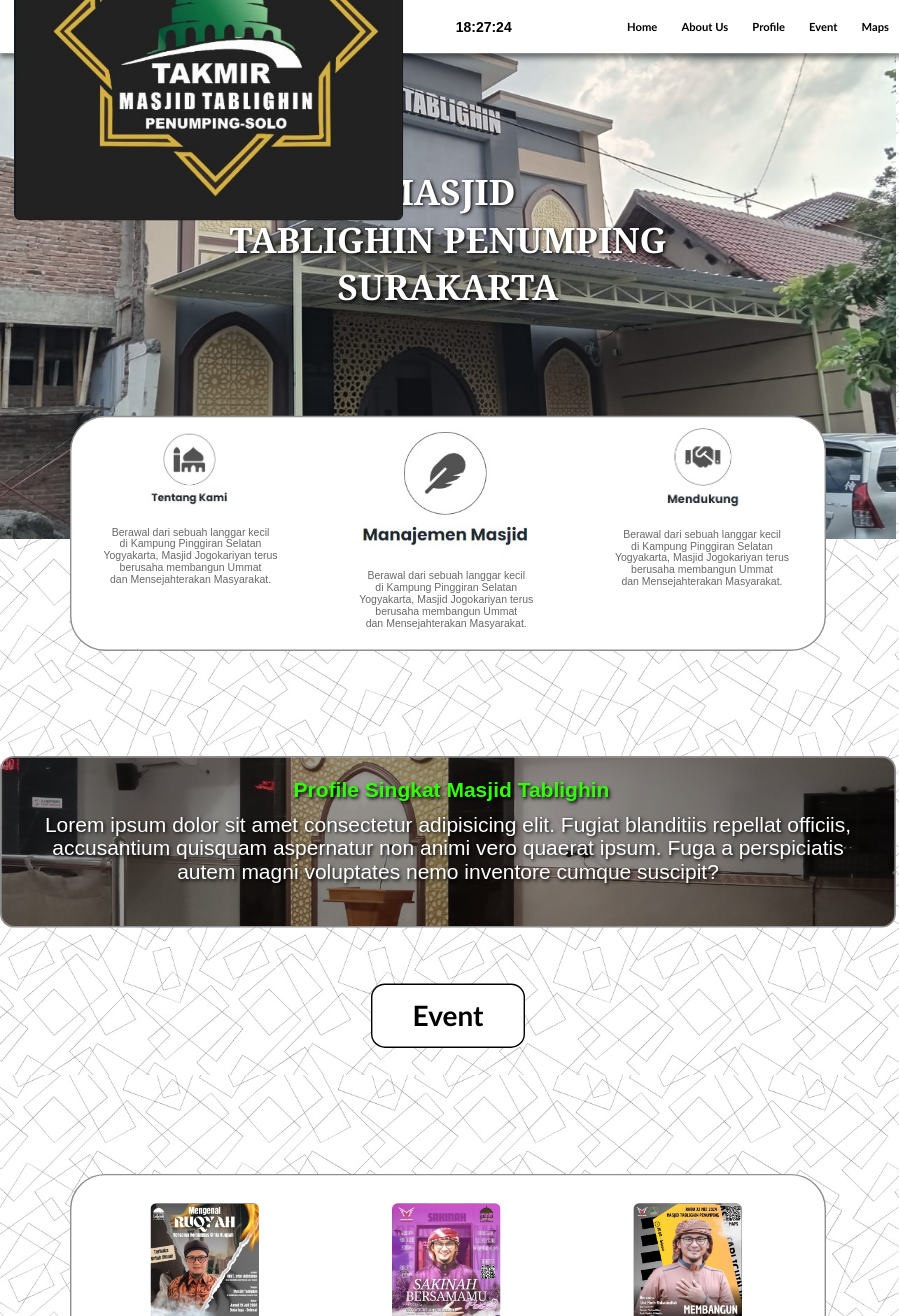
Repository: Mahesa1119/Masjid-Tablighin
Page: index.html
An editor plug-in stored every save of this project. The page is shown before and after the next save, followed by the edit.
The browser window is 1280 px wide. The page is 1284 px wide, so the pictures cover 1284 px, including what lies to the right of the window. The pictures show the part of the page from y = 0 to 1880 px (the page is 3311 px tall), at 70% of full size.
Backgrounds fixed to the window are drawn as part of the page.

Above is the page before, as saved 2024-11-22 20:10:12.

After the next save:
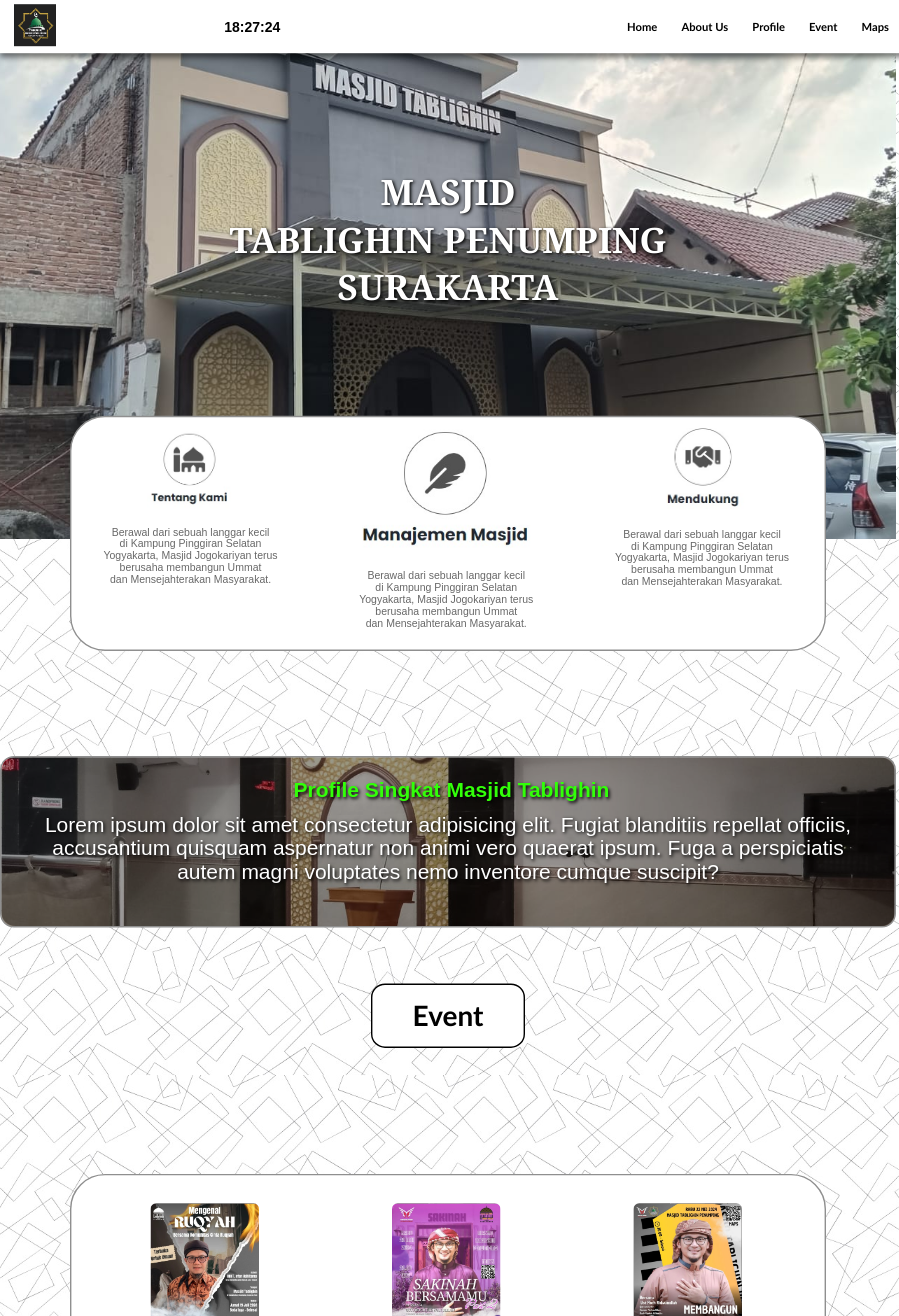
Saved 15 s later.
--- a/index.html
+++ b/index.html
@@ -8,8 +8,12 @@
 </head>
 <body class="body-pertama">
     <header class="header">
-        <img src="logo.jpg" alt="Masjid Tablighin Logo" class="logo">
-        <div class="time" id="clock">00:00:00</div>
+        <div class="logo">
+            <img src="logo.jpg" alt="Masjid Tablighin Logo">
+        </div>
+        <div>
+            <div class="time" id="clock">00:00:00</div>
+        </div>
         <div class="menu-toggle" id="mobile-menu">
             <span class="bar"></span>
             <span class="bar"></span>
